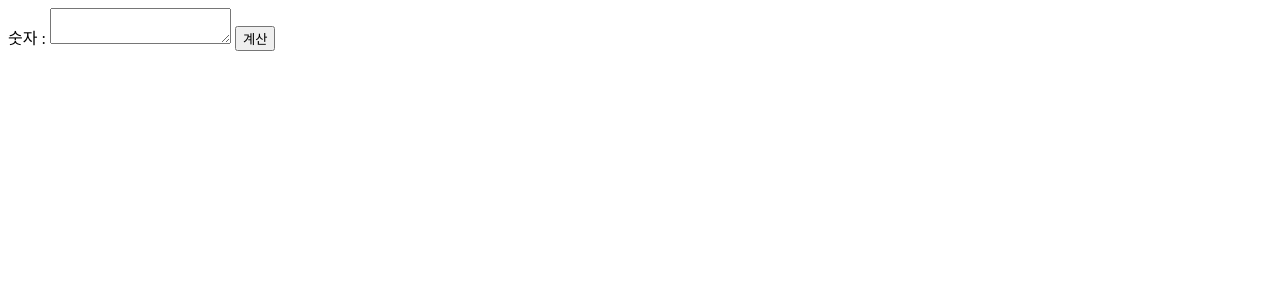
Repository: JooGit12/JavaJSP
Page: May08_3_MVCPattern/May18_2_JSP/src/main/webapp/i.html
An editor plug-in stored every save of this project. The page is shown before and after the next save, followed by the edit.
The browser window is 1280 px wide. The pictures show the whole page.

Above is the page before, as saved 2023-05-18 03:13:07.

After the next save:
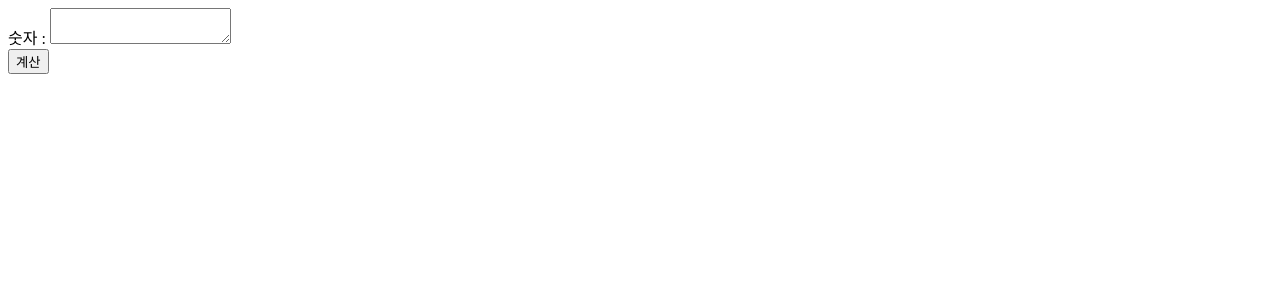
Saved 5 s later.
--- a/May08_3_MVCPattern/May18_2_JSP/src/main/webapp/i.html
+++ b/May08_3_MVCPattern/May18_2_JSP/src/main/webapp/i.html
@@ -6,7 +6,7 @@
 </head>
 <body>
 	<form action="">
-		숫자 : <textarea name="no"></textarea>
+		숫자 : <textarea name="no"></textarea><br>
 		<button>계산</button>
 	</form>
 </body>
